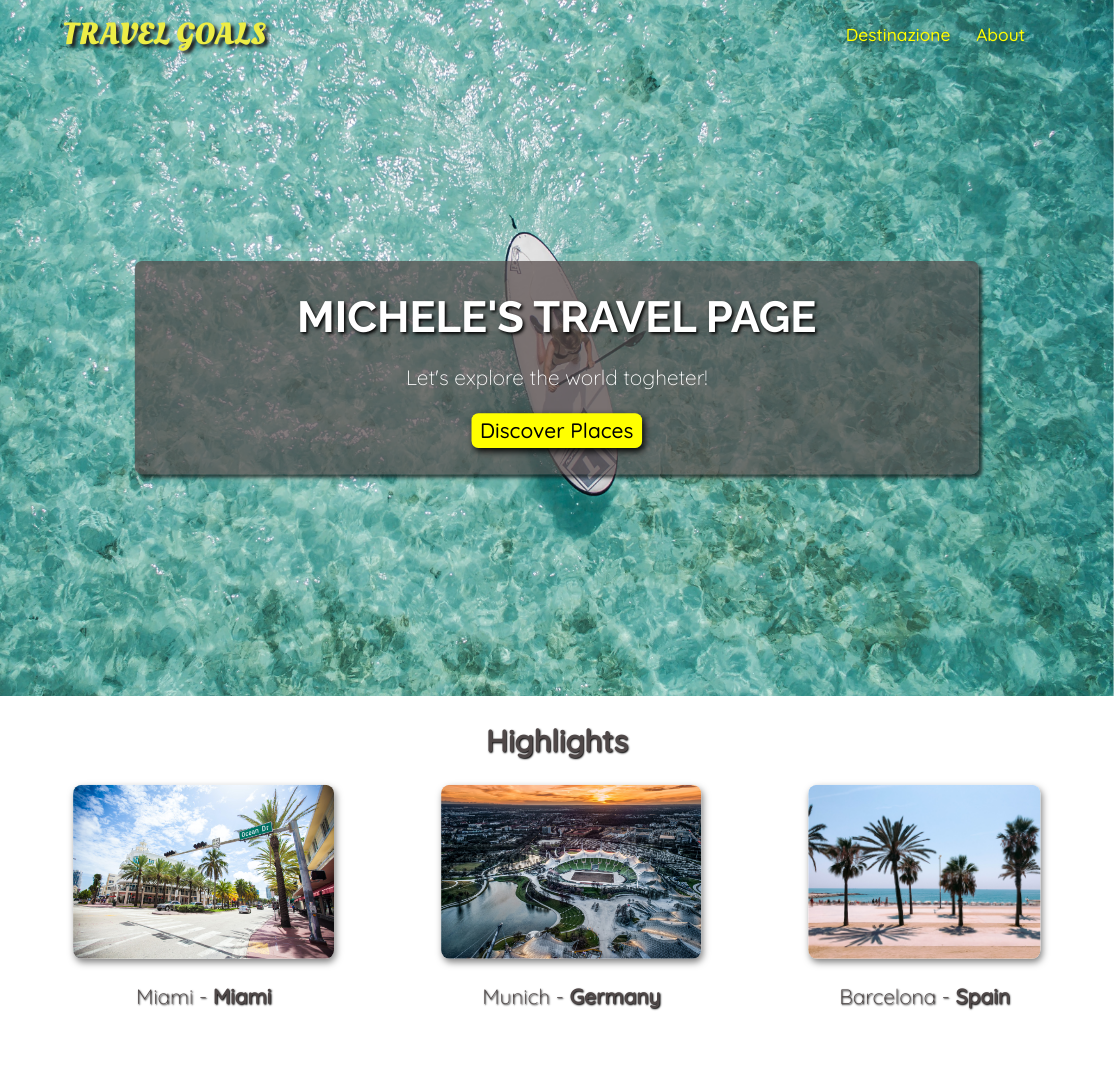
Repository: MicTomm/Travel-Goals
Page: index.html
These files come from the project's save history. The page is drawn as it stood at one moment and after the next save; the edit follows.
The browser window is 1280 px wide. The pictures show the whole page, at 87% of full size.

Above is the page before, as saved 2023-06-05 17:20:06.

After the next save:
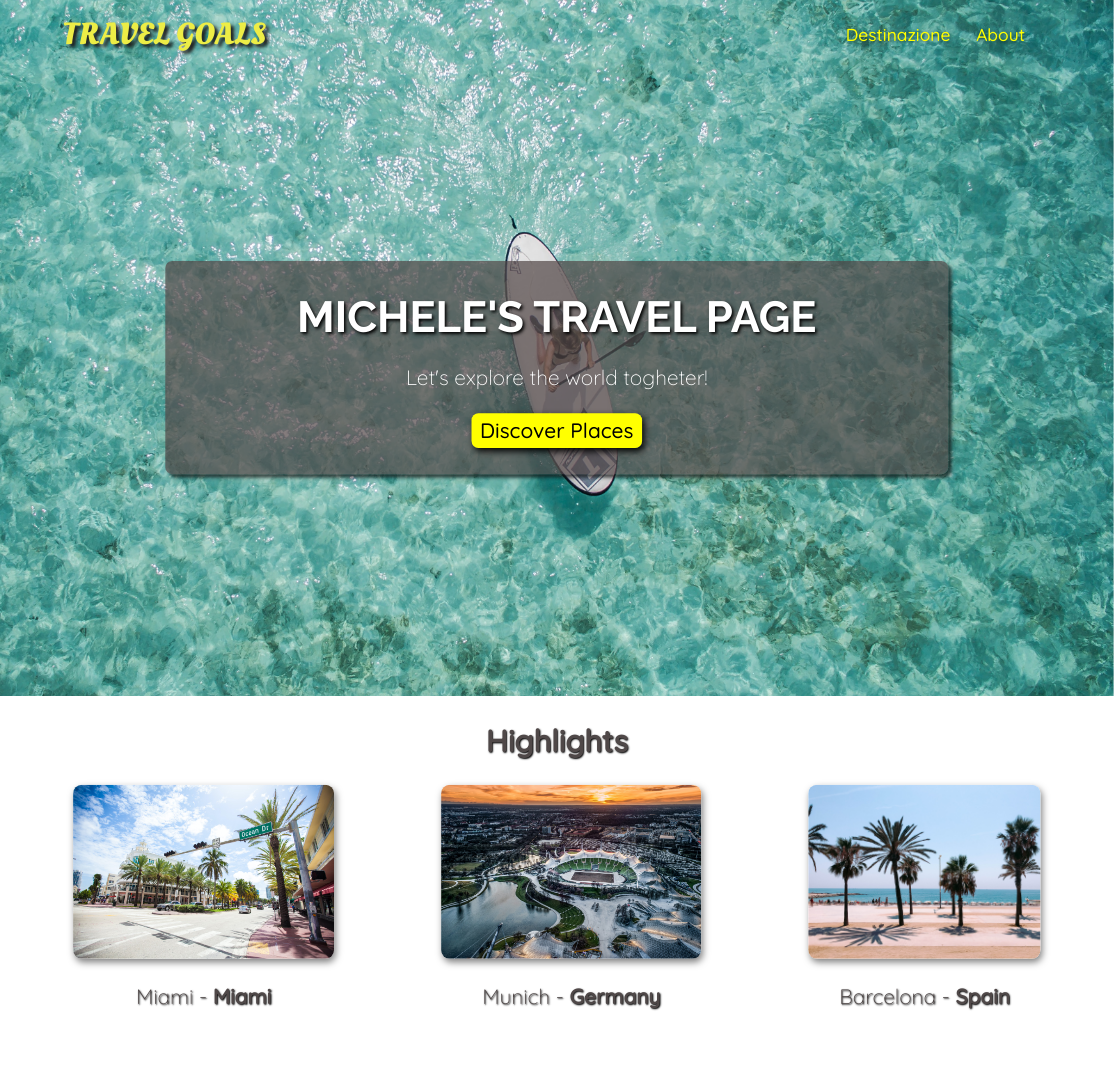
Saved 79 s later.
--- a/styles/main-page-style.css
+++ b/styles/main-page-style.css
@@ -12,7 +12,7 @@
     box-shadow: 4px 4px 4px rgba(18, 18, 18, 0.7);
     width: 900px;
     margin: 0px auto;
-    padding: 35px;
+    padding: 35px 0;
     border-radius: 8px;
     position: relative;
     top: 300px;
